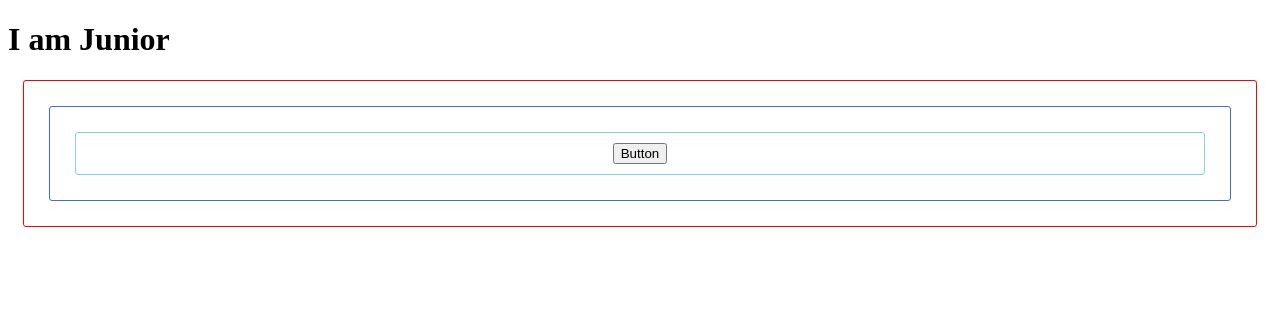
Repository: Fin433/project0422
Page: index.html
These files come from the project's save history. The page is drawn as it stood at one moment and after the next save; the edit follows.
The browser window is 1280 px wide. The pictures show the whole page.

Above is the page before, as saved 2022-04-10 11:41:22.
Console error: SyntaxError: Identifier 'x' has already been declared

### index.html
<!DOCTYPE html>
<html lang="en">
<head>
	<meta charset="UTF-8">
	<meta http-equiv="X-UA-Compatible" content="IE=edge">
	<meta name="viewport" content="width=device-width, initial-scale=1.0">
	<title>Junior</title>
</head>
<body>
<h1>I am Junior</h1>

<!-- <div class="grandparent">
	<div class="parent">
			<div class="child">1</div>
	</div>
</div> -->

<div onclick="clickFunc(event)" style="text-align: center; margin: 15px;
border: 1px solid red; border-radius: 3px;">
    <div style="margin: 25px; border: 1px solid royalblue; border-radius: 3px;">
        <div style="margin: 25px; border: 1px solid skyblue; border-radius: 3px;">
            <button style="margin: 10px">
                Button
            </button>
        </div>
    </div>
</div>
</body>
<script src="/index.js"></script>
</html>

### index.js
function b(x, y, a) {
  arguments[2] = 10;
  alert(a);
}
// b(1, 2, 3); // 10

console.log(false == undefined); // false
console.log(false == null);  // false
console.log(null == undefined);  // true
// Пояснение: == сравнивает на равенство и не проверяет идентичность типов, поэтому в третьей строке кода в консоль будет выведено значение true.
const numbers = [1, 2, 3, 4, 5];
const [y] = numbers;
console.log(y); // 1
// Пояснение: В данном примере выполнена деструктуризация. По умолчанию переменной у присваивается значение первого элемента массива.
let x = 3;
function fn() {
    x = 10;
    return;
    function x() {}
}

fn();
console.log(x);

// 81, 73, 52, 42, 34, 22, 18, ...


// function addEvent(el, event, callback, isCapture = false) {
// 	if (!el || !event || !callback || typeof callback !== 'function') return

// 	if (typeof el === 'string') {
// 			el = document.querySelector(el);
// 	}
// 	el.addEventListener(event, callback, isCapture)
// }

// addEvent(document, 'DOMContentLoaded', () => {
// 	const child = document.querySelector('.child')
// 	const parent = document.querySelector('.parent')
// 	const grandparent = document.querySelector('.grandparent')

// 	addEvent(child, 'click', function(e) {
// 			console.log('child');
// 	}, true)

// 	addEvent(parent, 'click', function(e) {
// 			console.log('parent')
// 	}, true)

// 	addEvent(grandparent, 'click', function(e) {
// 			console.log('grandparent')
// 	}, true)

// 	addEvent('html', 'click', function(e) {
// 			console.log('html')
// 	}, true)

// 	addEvent(document, 'click', function(e) {
// 			console.log('document')
// 	}, true)

// 	addEvent(window, 'click', function(e) {
// 			console.log('window')
// 	}, true)
// })

function clickFunc(event) {
	console.log(event.currentTarget)
	console.log(event.target)
}
const fff = 888 + "fsg";
const ddd = fff +'';
const eee = fff.toString();
console.log(fff.toString(2));
// console.log(fff +'');
console.log(typeof ddd);
console.log(typeof eee);
console.log(eee);

let xxx = 5;
let yyy = 5;
console.log(xxx == yyy)
console.log(equal(xxx, yyy))


let x = 5

x = (x++, x = addFive(x), x *= 2, x -= 5, x += 10)

function addFive(num) {
    return num + 5
}

console.log(addFive(x))
console.log(x)

After the next save:
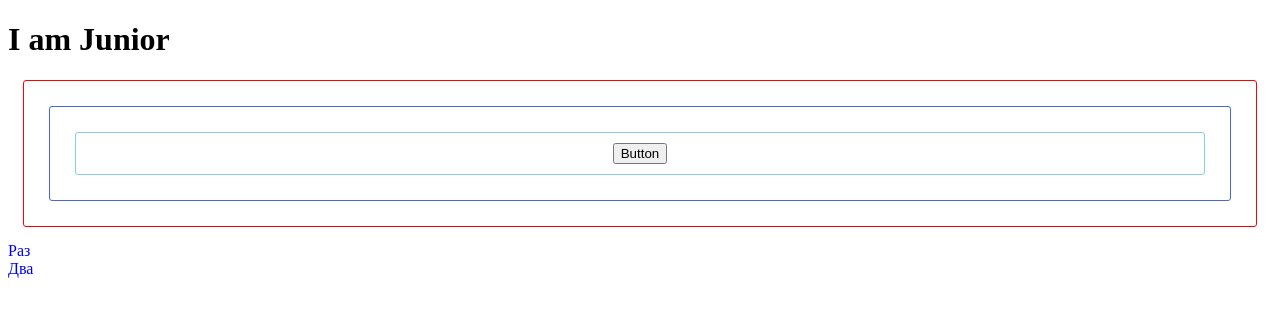
Saved 94 min 18 s later.
--- a/index.html
+++ b/index.html
@@ -25,6 +25,13 @@ border: 1px solid red; border-radius: 3px;">
         </div>
     </div>
 </div>
+
+<style>
+	.green { color: green; }
+	.blue { color: blue; }
+	</style>
+	<div class="green blue">Раз</div>
+	<div class="blue green">Два</div>
 </body>
 <script src="/index.js"></script>
 </html>
